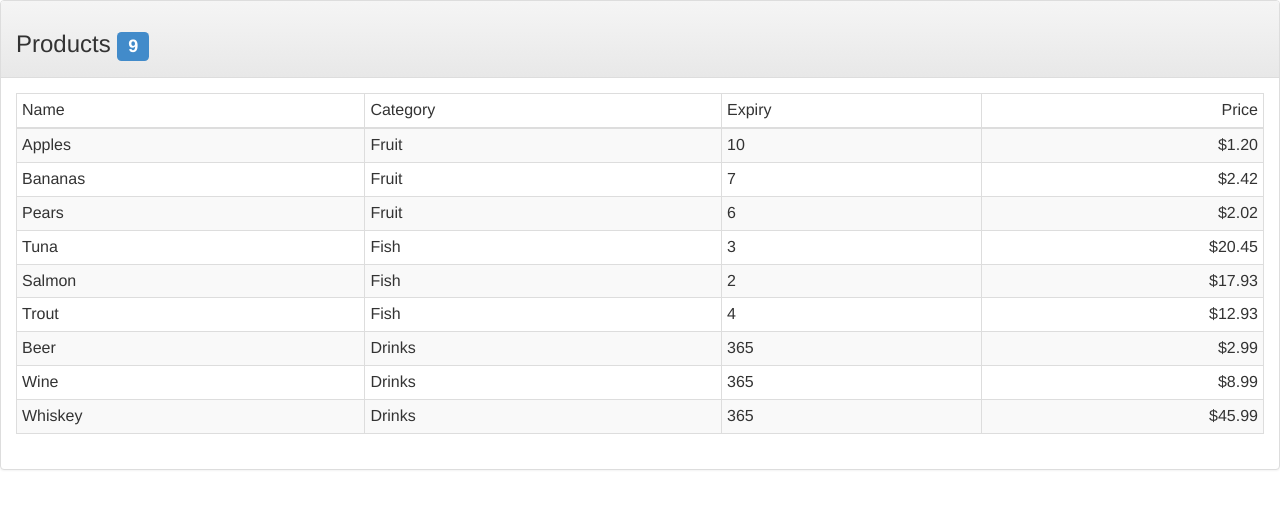
Repository: chisun-joung/workplace
Page: angularJS/WebContent/Chap14_Filter_CustomFilter/P430_CustomFilter.html
An editor plug-in stored every save of this project. The page is shown before and after the next save, followed by the edit.
The browser window is 1280 px wide. The pictures show the whole page.
Some web libraries are served in a nearby version.

Above is the page before, as saved 2016-11-29 05:11:16.

### angularJS/WebContent/Chap14_Filter_CustomFilter/P430_CustomFilter.html
<html ng-app="exampleApp">
<head>
	<title>Filters</title>
	<script src="https://ajax.googleapis.com/ajax/libs/angularjs/1.2.9/angular.js"></script>
	<link href="bootstrap.css" rel="stylesheet" />
	<link href="bootstrap-theme.css" rel="stylesheet" />
	<script>
		angular.module("exampleApp", [])
			.controller("defaultCtrl", function ($scope, $filter) {
				$scope.products = [
					{ name: "Apples", category: "Fruit", price: 1.20, expiry: 10 },
					{ name: "Bananas", category: "Fruit", price: 2.42, expiry: 7 },
					{ name: "Pears", category: "Fruit", price: 2.02, expiry: 6 },

					{ name: "Tuna", category: "Fish", price: 20.45, expiry: 3 },
					{ name: "Salmon", category: "Fish", price: 17.93, expiry: 2 },
					{ name: "Trout", category: "Fish", price: 12.93, expiry: 4 },

					{ name: "Beer", category: "Drinks", price: 2.99, expiry: 365 },
					{ name: "Wine", category: "Drinks", price: 8.99, expiry: 365 },
					{ name: "Whiskey", category: "Drinks", price: 45.99, expiry: 365 }
				];

			});
	</script>
</head>
<body ng-controller="defaultCtrl">
	<div class="panel panel-default">
		<div class="panel-heading">
			<h3>
				Products
				<span class="label label-primary">{{products.length}}</span>
			</h3>
		</div>

		<div class="panel-body">
			<table class="table table-striped table-bordered table-condensed">
				<thead>
					<tr>
						<td>Name</td>
						<td>Category</td>
						<td>Expiry</td>
						<td class="text-right">Price</td>
					</tr>
				</thead>
				<tbody>
					<tr ng-repeat="p in products">
						<td>{{p.name}}</td>
						<td>{{p.category}}</td>
						<td>{{p.expiry}}</td>
						<td class="text-right">{{p.price | currency}}</td>
					</tr>
				</tbody>
			</table>
		</div>

	</div>

</body>
</html>

Loaded but not shown: angularJS/WebContent/Chap14_Filter_CustomFilter/bootstrap.css (library); angularJS/WebContent/Chap14_Filter_CustomFilter/bootstrap-theme.css (library)

After the next save:
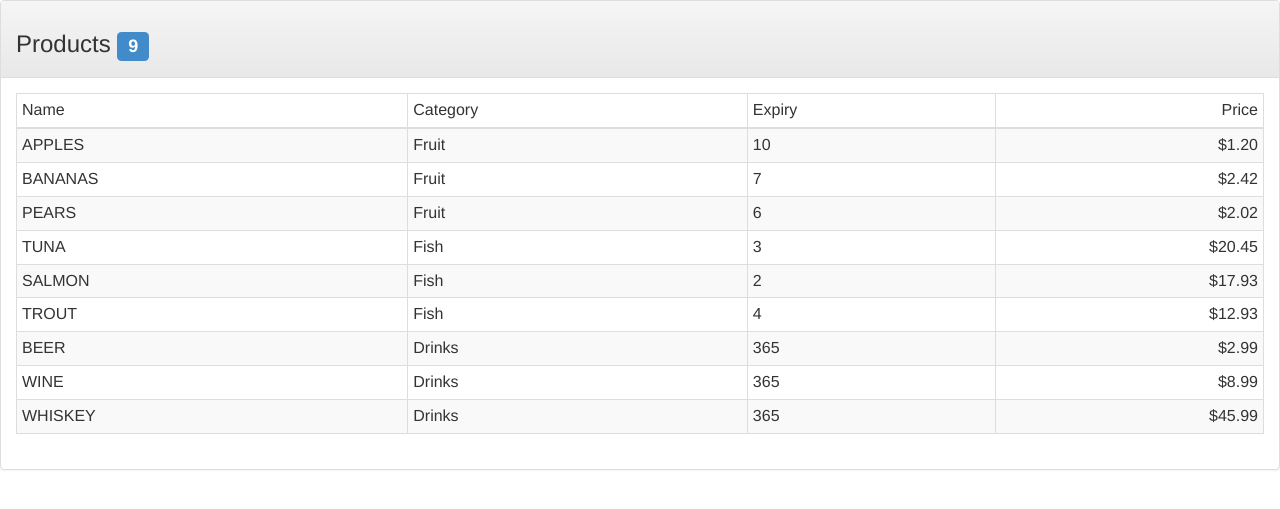
Saved 23 min 17 s later.
--- a/angularJS/WebContent/Chap14_Filter_CustomFilter/P430_CustomFilter.html
+++ b/angularJS/WebContent/Chap14_Filter_CustomFilter/P430_CustomFilter.html
@@ -5,7 +5,16 @@
 	<link href="bootstrap.css" rel="stylesheet" />
 	<link href="bootstrap-theme.css" rel="stylesheet" />
 	<script>
-		angular.module("exampleApp", [])
+
+		var demo = angular.module('demo',[]);
+		demo.filter('labelFilter',[function(){
+			return function(data){
+				return data.toUpperCase();
+			}
+		}])
+
+
+		angular.module("exampleApp", ['demo'])
 			.controller("defaultCtrl", function ($scope, $filter) {
 				$scope.products = [
 					{ name: "Apples", category: "Fruit", price: 1.20, expiry: 10 },
@@ -45,7 +54,7 @@
 				</thead>
 				<tbody>
 					<tr ng-repeat="p in products">
-						<td>{{p.name}}</td>
+						<td>{{p.name | labelFilter }}</td>
 						<td>{{p.category}}</td>
 						<td>{{p.expiry}}</td>
 						<td class="text-right">{{p.price | currency}}</td>
